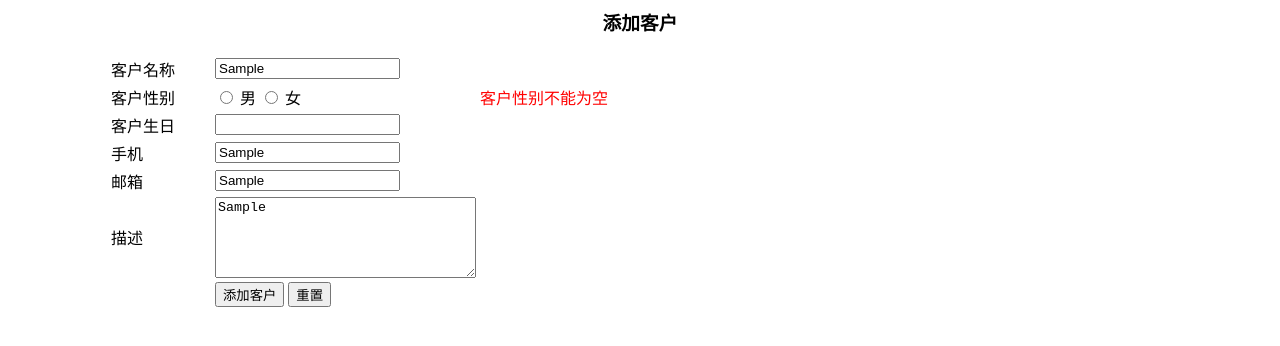
Repository: Stephen-You/JDBC
Page: http://localhost/customer/add.jsp
An editor plug-in stored every save of this project. The page is shown before and after the next save, followed by the edit.
The browser window is 1280 px wide. The pictures show the whole page.
Empty fields were first filled with sample values (such as "Sample", 5 or name@example.com).
After loading, the first visible `input[onclick="add()"]` was clicked once.
The page is served by Tomcat 9. Other server files are loaded and not shown.

Above is the page before, as saved 2017-07-08 01:10:11.

### customer/WebContent/add.jsp
<%@ page language="java" import="java.util.*" pageEncoding="UTF-8"%>
<%@ taglib prefix="c" uri="http://java.sun.com/jsp/jstl/core" %>


<!DOCTYPE HTML PUBLIC "-//W3C//DTD HTML 4.01 Transitional//EN">
<html>
  <head>
    <title>添加客户</title>

	<meta http-equiv="pragma" content="no-cache">
	<meta http-equiv="cache-control" content="no-cache">
	<meta http-equiv="expires" content="0">
	<meta http-equiv="keywords" content="keyword1,keyword2,keyword3">
	<meta http-equiv="description" content="This is my page">
	<!--
	<link rel="stylesheet" type="text/css" href="styles.css">
	-->
	<link rel="stylesheet" type="text/css" href="<c:url value='/jquery/jquery.datepick.css'/>">
	<script type="text/javascript" src="<c:url value='/jquery/jquery-1.5.1.js'/>"></script>
	<script type="text/javascript" src="<c:url value='/jquery/jquery.datepick.js'/>"></script>
	<script type="text/javascript" src="<c:url value='/jquery/jquery.datepick-zh-CN.js'/>"></script>

<script type="text/javascript">
	$(function() {
		$("#birthday").datepick({dateFormat:"yy-mm-dd"});
	});

	function add() {
		$(".error").text("");
		var bool = true;
		if(!$(":text[name=cname]").val()) {
			$("#cnameError").text("客户名称不能为空");
			bool = false;
		}
		if(!$("#male").attr("checked") && !$("#female").attr("checked")) {
			$("#genderError").text("客户性别不能为空");
			bool = false;
		}
		if(!$(":text[name=cellphone]").val()) {
			$("#cellphoneError").text("手机不能为空");
			bool = false;
		}
		if(!$(":text[name=email]").val()) {
			$("#emailError").text("email不能为空");
			bool = false;
		}
		if(bool) {
			$("form").submit();
		}
	}

</script>
<style type="text/css">
	.error {color:red;}
</style>
  </head>

  <body>
<h3 align="center">添加客户</h3>
<%--
表单提供后请求CustomerServlet#add()方法
 --%>
<form action="<c:url value='/CustomerServlet'/>" method="post">
<input type="hidden" name="method" value="add"/>
<table border="0" align="center" width="40%" style="margin-left: 100px;">
	<tr>
		<td width="100px">客户名称</td>
		<td width="40%">
			<input type="text" name="cname"/>
		</td>
		<td align="left">
			<label id="cnameError" class="error">&nbsp;</label>
		</td>
	</tr>
	<tr>
		<td>客户性别</td>
		<td>
			<input type="radio" name="gender" value="男" id="male"/>
			<label for="male">男</label>
			<input type="radio" name="gender" value="女" id="female"/>
			<label for="female">女</label>
		</td>
		<td>
			<label id="genderError" class="error">&nbsp;</label>
		</td>
	</tr>
	<tr>
		<td>客户生日</td>
		<td>
			<input type="text" name="birthday" id="birthday" readonly="readonly"/>
		</td>
		<td>
			<label id="birthdayError" class="error">&nbsp;</label>
		</td>
	</tr>
	<tr>
		<td>手机</td>
		<td>
			<input type="text" name="cellphone"/>
		</td>
		<td>
			<label id="cellphoneError" class="error">&nbsp;</label>
		</td>
	</tr>
	<tr>
		<td>邮箱</td>
		<td>
			<input type="text" name="email"/>
		</td>
		<td>
			<label id="emailError" class="error">&nbsp;</label>
		</td>
	</tr>
	<tr>
		<td>描述</td>
		<td>
			<textarea rows="5" cols="30" name="description"></textarea>
		</td>
		<td>
			<label id="descriptionError" class="error">&nbsp;</label>
		</td>
	</tr>
	<tr>
		<td>&nbsp;</td>
		<td>
			<input type="button" value="添加客户" onclick="add()"/>
			<input type="reset" value="重置"/>
		</td>
		<td>&nbsp;</td>
	</tr>
</table>
</form>
  </body>
</html>

Loaded but not shown: customer/WebContent/jquery/jquery.datepick.css (library); customer/WebContent/jquery/jquery-1.5.1.js (library); customer/WebContent/jquery/jquery.datepick.js (library); customer/WebContent/jquery/jquery.datepick-zh-CN.js (common file)

After the next save:
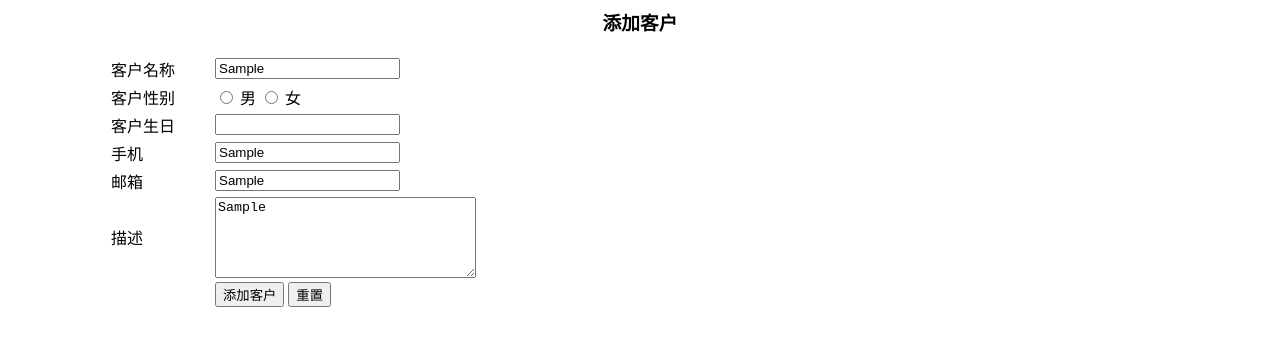
Console error: ReferenceError: add is not defined
Saved 24 s later.
--- a/customer/WebContent/add.jsp
+++ b/customer/WebContent/add.jsp
@@ -20,36 +20,7 @@
 	<script type="text/javascript" src="<c:url value='/jquery/jquery.datepick.js'/>"></script>
 	<script type="text/javascript" src="<c:url value='/jquery/jquery.datepick-zh-CN.js'/>"></script>
 
-<script type="text/javascript">
-	$(function() {
-		$("#birthday").datepick({dateFormat:"yy-mm-dd"});
-	});
 
-	function add() {
-		$(".error").text("");
-		var bool = true;
-		if(!$(":text[name=cname]").val()) {
-			$("#cnameError").text("客户名称不能为空");
-			bool = false;
-		}
-		if(!$("#male").attr("checked") && !$("#female").attr("checked")) {
-			$("#genderError").text("客户性别不能为空");
-			bool = false;
-		}
-		if(!$(":text[name=cellphone]").val()) {
-			$("#cellphoneError").text("手机不能为空");
-			bool = false;
-		}
-		if(!$(":text[name=email]").val()) {
-			$("#emailError").text("email不能为空");
-			bool = false;
-		}
-		if(bool) {
-			$("form").submit();
-		}
-	}
-
-</script>
 <style type="text/css">
 	.error {color:red;}
 </style>
